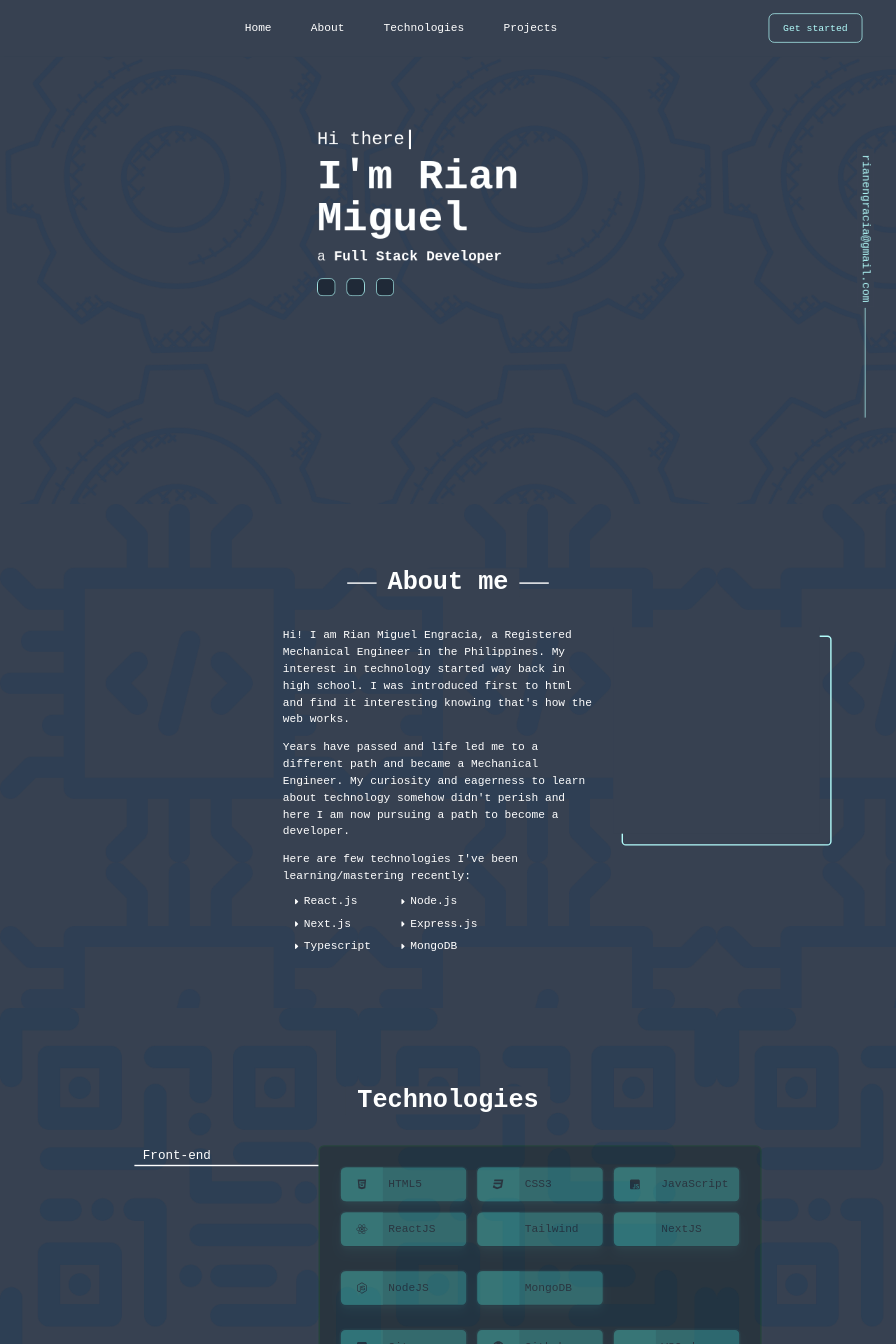
Repository: riandev25/nextjs-portfolio
Page: /
The author's editor kept a copy of each file at every save. The page is drawn from the files as they stood at one save, then again after the next save.
The browser window is 1280 px wide. The pictures show the part of the page from y = 0 to 1920 px (the page is 2880 px tall), at 70% of full size.
Backgrounds fixed to the window are drawn as part of the page. The project was rebuilt for these pictures with package versions that can differ from the ones it lists, and the page was loaded fresh each time. The framework's server and built-in components were replaced by stand-ins that run in the browser. Also part of the build but not shown: next.config.js, components/Home/Keyboard/index.module.css, components/Home/Keyboard/index.jsx.

Above is the page before, as saved 2022-11-13 10:49:40.

### pages/_app.jsx
import Head from 'next/head';
import link from 'next/link';
import '../styles/globals.css';

import Layout from '../components/Layout';
import { ParallaxProvider } from 'react-scroll-parallax';

function MyApp({ Component, pageProps }) {
  return (
    <ParallaxProvider>
      <Head>
        <title>Rian Miguel Engracia</title>
        <meta name='viewport' content='initial-scale=1.0, width=device-width' />
        <link
          rel='apple-touch-icon'
          sizes='180x180'
          href='/apple-touch-icon.png'
        />
        <link
          rel='icon'
          type='image/png'
          sizes='32x32'
          href='/favicon-32x32.png'
        />
        <link
          rel='icon'
          type='image/png'
          sizes='16x16'
          href='/favicon-16x16.png'
        />
        <link rel='manifest' href='/site.webmanifest' />
        <link rel='mask-icon' href='/safari-pinned-tab.svg' color='#5bbad5' />
        <meta name='msapplication-TileColor' content='#2d89ef' />
        <meta name='theme-color' content='#ffffff' />
      </Head>
      <Layout>
        <Component {...pageProps} />
      </Layout>
    </ParallaxProvider>
  );
}

export default MyApp;

### pages/index.jsx
import Head from 'next/head';
import Image from 'next/image';
import Home from '../components/Home/Home';
import { Fragment } from 'react';
import Header from '../components/Header';
import About from '../components/About';
import Technologies from '../components/Technologies';
import Projects from '../components/Projects';

export default function Page() {
  return (
    <Fragment>
      <Header />
      <Home />
      <About />
      <Technologies />
      <Projects title='Projects' />
    </Fragment>
  );
}

### styles/globals.css
@tailwind base;
@tailwind components;
@tailwind utilities;

html,
body {
  padding: 0;
  margin: 0;
  /* font-family: 'Roboto', sans-serif; */
  font-family: monospace, sans-serif;
}

a {
  color: inherit;
  text-decoration: none;
}

* {
  box-sizing: border-box;
}

.image-filter {
  /* filter: invert(93%) sepia(19%) saturate(586%) hue-rotate(121deg)
    brightness(102%) contrast(97%); */
  filter: invert(93%) sepia(69%) saturate(347%) hue-rotate(120deg)
    brightness(104%) contrast(97%);
  opacity: 0.3;
  transition: filter 0.3s, opacity 0.3s;
}

.image-filter:hover {
  filter: none;
  opacity: 1;
}

@media (prefers-color-scheme: dark) {
  html {
    color-scheme: dark;
  }
  body {
    color: white;
    background: black;
  }
}

### components/Layout/index.jsx
import Header from '../Header';
import Email from '../Header/Email';

const Layout = ({ children }) => {
  return (
    <div className='relative w-full h-full bg-gray-700' dir='ltr'>
      <Header />
      <Email />
      {children}
    </div>
  );
};

export default Layout;

### components/Home/Home.jsx
import Link from 'next/link';
import Image from 'next/future/image';
import { useParallax } from 'react-scroll-parallax';
import styles from './index.module.css';
import DevImage from '../../assets/images/dev-image.svg';
import GithubImage from '../../assets/images/github-neon-fill.png';
import LinkedinImage from '../../assets/images/linkedin-neon-fill.png';
import FacebookImage from '../../assets/images/facebook-neon-fill.png';
import Keyboard from './Keyboard';
import { useState } from 'react';

export const images = [
  {
    id: 'github',
    imgSrc: GithubImage,
    link: 'https://github.com/riandev25',
  },
  {
    id: 'linkedin',
    imgSrc: LinkedinImage,
    link: 'https://www.linkedin.com/in/rian-miguel-engracia/',
  },
  {
    id: 'facebook',
    imgSrc: FacebookImage,
    link: 'https://web.facebook.com/rianmiguel.engracia',
  },
  {
    id: 'email',
    email: 'rianengracia@gmail.com',
  },
];

const nameArray = ['I', '&apos;', 'm', ' ', 'R', 'i', 'a', 'n'];
const jobArray = [
  'f',
  'u',
  'l',
  'l',
  ' ',
  's',
  't',
  'a',
  'c',
  'k',
  ' ',
  'd',
  'e',
  'v',
  'e',
  'l',
  'o',
  'p',
  'e',
  'r',
];

const Home = () => {
  const { ref } = useParallax({
    translateY: [-100, 30, 'easeInOut'],
  });
  const [keyboard, setKeyboard] = useState(true);
  return (
    <header className='flex justify-center items-center w-full h-screen px-20 bg-fixed bg-repeat bg-bg_gear_image'>
      <section ref={ref} className='w-4/12 space-y-4'>
        <div className='flex flex-col gap-2.5 place-items-start'>
          <h1 className={`text-xl font-thin text-white ${styles.typingLet}`}>
            Hi there!
          </h1>
          <h1 className='text-6xl font-bold animate-neon_text'>
            I&apos;m Rian Miguel
          </h1>
          <h1 className='text-xl text-white font-bold'>
            <span className='text-xl font-thin'>a</span> Full Stack Developer
          </h1>
        </div>
        <ul className='flex flex-row gap-4'>
          {images.map((item) => {
            if (item.id === 'email') return;
            return (
              <li
                className='block p-3 bg-gray-800 border rounded-lg border-[#b2fcfb] transition-all hover:scale-110'
                key={item.id}
              >
                <Link href={item.link} legacyBehavior>
                  <a className=''>
                    <Image
                      className=''
                      src={item.imgSrc}
                      alt={item.id}
                      width={20}
                      height={20}
                      sizes='5vw'
                    />
                  </a>
                </Link>
              </li>
            );
          })}
        </ul>
      </section>
      <section className='hidden lg:flex max-w-2xl h-full justify-center items-center'>
        <Image
          src={DevImage}
          alt='dev-image'
          width={500}
          height={500}
          sizes='(max-width: 768px) 50vw'
        />
        {/* <Keyboard /> */}
      </section>
    </header>
  );
};

export default Home;

### components/Header/index.jsx
import Logo from '../Logo';
import Navbar from './Navbar';
import { FontAwesomeIcon } from '@fortawesome/react-fontawesome';
import { faBars } from '@fortawesome/free-solid-svg-icons';

const Header = () => {
  return (
    <nav className='px-8 py-1 bg-gray-700 dark:bg-gray-900 fixed w-full z-50 top-0 left-0 border-b shadow-sm border-gray-700 md:px-12 md:py-3 dark:border-gray-600'>
      <div className='flex flex-row justify-between items-center w-full'>
        <section className=''>
          <Logo />
        </section>

        <div className='flex md:order-2'>
          <button
            type='button'
            className='hidden lg:flex bg-transparent text-[#b2fcfb] border border-[#b2fcfb] hover:bg-[#b2fcfb] hover:opacity-40 transition-all font-medium rounded-lg text-sm px-5 py-2.5 text-center mr-3 md:mr-0 dark:bg-blue-600 dark:hover:bg-blue-700 dark:focus:ring-blue-800'
          >
            Get started
          </button>
          <button
            data-collapse-toggle='navbar-sticky'
            type='button'
            className='cursor-pointer inline-flex items-center p-2 text-sm bg-white rounded-lg md:hidden hover:bg-gray-400 focus:outline-none focus:ring-2 focus:ring-gray-200 dark:text-gray-400 dark:hover:bg-gray-700 dark:focus:ring-gray-600'
            aria-controls='navbar-sticky'
            aria-expanded='false'
          >
            <span className='sr-only'>Open main menu</span>
            <FontAwesomeIcon icon={faBars} className='text-gray-800' />
          </button>
        </div>
        <Navbar />
      </div>
    </nav>
  );
};

export default Header;

### components/About/index.jsx
import Image from 'next/future/image';
import PageHeader from '../PageHeader';
import { FontAwesomeIcon } from '@fortawesome/react-fontawesome';
import { faCaretRight } from '@fortawesome/free-solid-svg-icons';
import ProgrammerImage from '../../assets/images/programmer.jpg';
import { useParallax } from 'react-scroll-parallax';

const technologies = [
  'React.js',
  'Node.js',
  'Next.js',
  'Express.js',
  'Typescript',
  'MongoDB',
];

const About = () => {
  return (
    <div className='pt-4 w-full h-screen flex flex-col gap-11 justify-center items-center text-white px-20 bg-bg_chip_image bg-fixed'>
      <PageHeader title='About me' />
      <div className='max-w-3xl flex flex-row gap-6'>
        <section className='max-w-md flex flex-col gap-4'>
          <p>
            Hi! I am Rian Miguel Engracia, a Registered Mechanical Engineer in
            the Philippines. My interest in technology started way back in high
            school. I was introduced first to html and find it interesting
            knowing that&apos;s how the web works.
          </p>
          <p>
            Years have passed and life led me to a different path and became a
            Mechanical Engineer. My curiosity and eagerness to learn about
            technology somehow didn&apos;t perish and here I am now pursuing a
            path to become a{' '}
            <span className='text-[neon-green] no-underline decoration-[neon-green] underline-offset-4 decoration-2 hover:underline'>
              developer
            </span>
            .
          </p>
          <div className='flex flex-col gap-3'>
            <p>
              Here are few technologies I&apos;ve been learning/mastering
              recently:
            </p>
            <ul className='grid grid-cols-3 gap-2'>
              {technologies.map((item, i) => {
                return (
                  <li
                    key={item}
                    className={`${(i + 1) % 2 === 0 ? 'col-span-2' : ''}
                    } flex justify-start items-center gap-2 pl-4`}
                  >
                    <FontAwesomeIcon icon={faCaretRight} className='w-1.5' />
                    <span className=''>{item}</span>
                  </li>
                );
              })}
            </ul>
          </div>
        </section>
        <section className='relative'>
          <div className='absolute z-20 w-[295px] h-[295px] bg-gray-700'></div>
          <Image
            className='relative z-30 rounded-md image-filter bg-[#b2fcfb] border-2 peer'
            src={ProgrammerImage}
            alt='developer'
            width={300}
            height={300}
            priority='false'
            sizes='(max-width: 768px) 100vw, 50vw'
          />
          <div className='absolute top-0 left-0 w-[300px] h-[300px] bg-transparent border-2 border-[#b2fcfb] transition-duration-300 delay-300 ease-in-out translate-x-3 translate-y-3 z-10 rounded-md peer-hover:translate-x-2 peer-hover:translate-y-2 '></div>
        </section>
      </div>
    </div>
  );
};

export default About;

### components/Projects/index.jsx
import Link from 'next/link';
import Image from 'next/future/image';
import PageHeader from '../PageHeader';
import WeatherImage from '../../assets/images/weather-app.png';
import { FontAwesomeIcon } from '@fortawesome/react-fontawesome';
import { faGithubAlt } from '@fortawesome/free-brands-svg-icons';
import { faSquareArrowUpRight } from '@fortawesome/free-solid-svg-icons';
import Links from './Links';

const TECH_WEATHER = ['HTML', 'CSS', 'Javascript'];
const WEATHER = [
  {
    id: 1,
    icon: faGithubAlt,
    link: 'https://riandev25.github.io/js-weather-app/dist/',
  },
  {
    id: 2,
    icon: faSquareArrowUpRight,
    link: 'https://riandev25.github.io/js-weather-app/dist/',
  },
];

const Projects = () => {
  return (
    <div className='pt-4 flex flex-col w-full h-screen gap-11 justify-center items-center text-white px-20 bg-bg_binary_image bg-fixed'>
      <PageHeader title='Projects' />
      <div className='flex flex-row justify-center items-center max-w-full '>
        <section className='z-10 relative w-[35rem] aspect-[17/11] bg-green-100 flex-auto flex'>
          <Image
            src={WeatherImage}
            alt='weather-app'
            fill
            className='object-cover absolute'
          />
        </section>
        <section
          className='z-20 w-[23rem] overflow-visible bg-red-400 space-y-4 lg:w=[28rem]'
          dir='rtl'
        >
          <div className='flex flex-col justify-end items-end' dir='ltr'>
            <h2 className='text-neon text-right'>Featured Project</h2>
            <h1 className='text-xl font-bold text-right'>
              Weather Application
            </h1>
          </div>
          <div className='w-[34rem] bg-gray-800 p-7 pl-9 pr-5 rounded-sm'>
            <p className='text-right'>
              A fully responsive weather application. I built this project to
              enhance vanilla javascript skills and dom manipulation. Open
              location of your device for better user experience.
            </p>
          </div>
          <ul
            className='flex flex-row justify-end items-center gap-4'
            dir='ltr'
          >
            {TECH_WEATHER.map((item) => {
              return <li key={item}>{item}</li>;
            })}
          </ul>
          <Links array={WEATHER} />
        </section>
      </div>
    </div>
  );
};

export default Projects;

### components/Header/Email.jsx
import Link from 'next/link';
import Image from 'next/image';
import { images } from '../Home/Home';

const Email = () => {
  return (
    <aside className='fixed bottom-64 right-8 origin-top-right rotate-90'>
      <div className='flex justify-center items-center relative'>
        <Link href='' legacyBehavior>
          <a className='z-50 transition-all text-[#b2fcfb] bg-gray-700 px-2 hover:text-[#68fffc] hover:scale-110'>
            rianengracia@gmail.com
          </a>
        </Link>
        <div className='w-96 bg-[#b2fcfb] absolute top-1/2 left-0 h-px'></div>
      </div>
    </aside>
  );
};

export default Email;

### components/Home/index.module.css
.typingLet {
  width: 134px;
  animation: typing 2s steps(12), blink 0.5s step-end infinite alternate;
  white-space: nowrap;
  overflow: hidden;
  border-right: 3px solid;
  font-family: monospace;
  font-size: 2em;
}

@keyframes typing {
  from {
    width: 0;
  }
}

@keyframes blink {
  50% {
    border-color: transparent;
  }
}

### components/Logo/index.jsx
import Image from 'next/future/image';
import LogoImage from '../../assets/images/logo.svg';
import LogoDark from '../../assets/images/logo-dark.svg';
import LogoLight from '../../assets/images/logo-light.svg';
import {
  faAngleLeft,
  faGear,
  faforward,
} from '@fortawesome/free-solid-svg-icons';
import { FontAwesomeIcon } from '@fortawesome/react-fontawesome';

const Logo = () => {
  return (
    <div className='flex items-center relative'>
      <Image
        src={LogoImage}
        alt='logo'
        width={185}
        height={55}
        className='hidden md:flex'
        sizes='(max-width: 768px) 15vw'
      />
      {/* <Image
        src={LogoLight}
        alt='logo-light'
        width={50}
        height={50}
        className='flex md:hidden'
        sizes='(max-width: 768px) 15vw'
      /> */}
    </div>
  );
};

export default Logo;

### components/Header/Navbar.jsx
import Link from 'next/link';

const Navbar = () => {
  const data = [
    {
      id: 'Home',
    },
    {
      id: 'About',
    },
    {
      id: 'Technologies',
    },
    {
      id: 'Projects',
    },
  ];
  return (
    <div
      className='hidden absolute top-0 right-0 justify-between items-center w-full md:flex md:relative md:w-auto md:order-1'
      id='navbar-sticky'
    >
      <ul className='flex flex-col justify-center items-center flex-auto rounded-lg md:justify-between md:flex-row md:space-x-12 md:p-2 md:mt-0 md:text-sm md:font-medium md:border-0 dark:bg-gray-800 md:dark:bg-gray-900 dark:border-gray-700'>
        {data.map((item) => {
          return (
            <li key={item.id} className='relative group'>
              <Link href={item.id}>
                <a
                  className='block py-2 px-1 text-base font-extralight text-white dark:text-white'
                  // aria-current='page'
                >
                  {item.id}
                </a>
              </Link>

              <span className='z-50 absolute bottom-1.5 w-0 h-[1px] bg-white transition-all md:group-hover:w-full'></span>
            </li>
          );
        })}
      </ul>
    </div>
  );
};

export default Navbar;

### components/PageHeader/index.jsx
const PageHeader = ({ title }) => {
  return (
    <div className='relative overflow-visible flex justify-center items-center'>
      <h1 className='relative z-10 w-full text-4xl font-bold flex flex-start bg-gray-700 px-4 animate-neon_text'>
        {title}
      </h1>
      <span className='absolute top-1/2 w-72 h-0.5 bg-white animated-neon_bg'></span>
    </div>
  );
};

export default PageHeader;

### components/Projects/Links.jsx
import Link from 'next/link';
import { FontAwesomeIcon } from '@fortawesome/react-fontawesome';

const Links = ({ array }) => {
  array.map((item) => {
    return (
      <ul key={item.id} className='flex flex-row'>
        <li>
          <Link href={item.link} passHref>
            <a>
              <FontAwesomeIcon icon={item.icon} className='text-white w-3' />
            </a>
          </Link>
        </li>
      </ul>
    );
  });
};

export default Links;

// 'https://riandev25.github.io/js-weather-app/dist/'

Loaded but not shown: tailwind.config.js (60 lines, source omitted); pages/_document.js (24 lines, source omitted); components/Technologies/index.jsx (206 lines, source omitted)

After the next save:
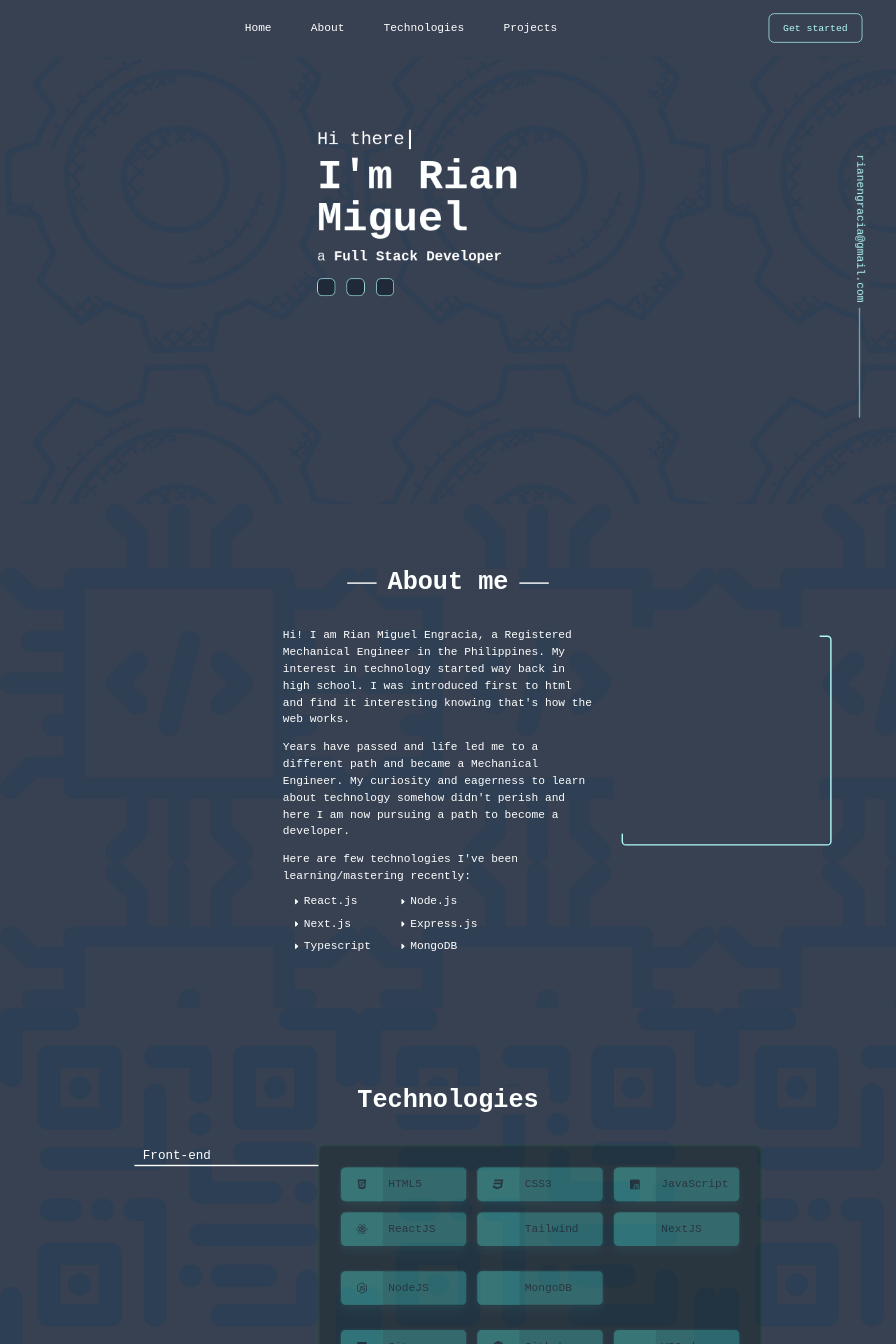
Saved 8 s later.
--- a/components/Header/Email.jsx
+++ b/components/Header/Email.jsx
@@ -4,7 +4,7 @@ import { images } from '../Home/Home';
 
 const Email = () => {
   return (
-    <aside className='fixed bottom-64 right-8 origin-top-right rotate-90'>
+    <aside className='fixed bottom-64 right-10 origin-top-right rotate-90'>
       <div className='flex justify-center items-center relative'>
         <Link href='' legacyBehavior>
           <a className='z-50 transition-all text-[#b2fcfb] bg-gray-700 px-2 hover:text-[#68fffc] hover:scale-110'>
